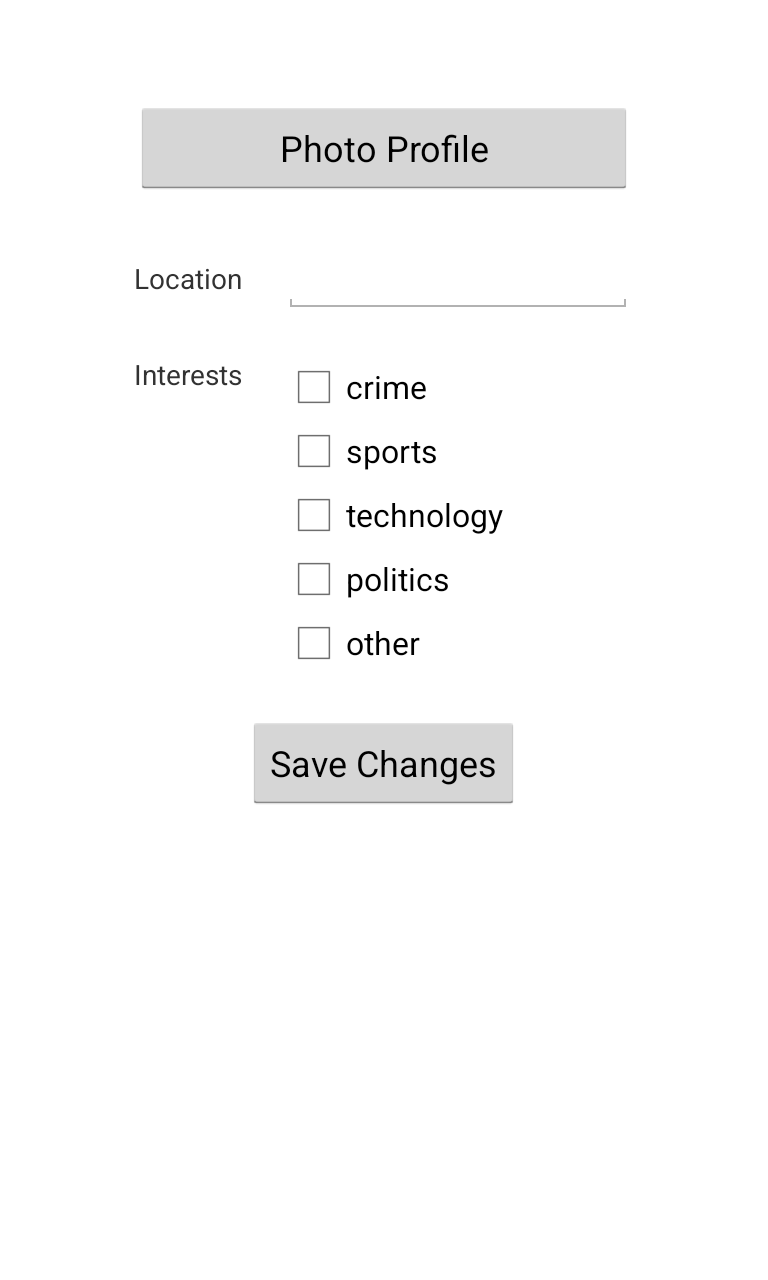
Repository: elvispap/The_Voice_of_People_Android_app
Layout: Voice of People/res/layout/profile_settings.xml
The author's editor kept a copy of each file at every save. The layout is drawn from the files as they stood at one save, then again after the next save.
It is drawn on a 768 x 1280 px phone screen (xhdpi) without system bars, with theme AppTheme; the app's code is not run.

Above is the layout before, as saved 2014-01-07 04:12:52.

### Voice of People/res/layout/profile_settings.xml
<?xml version="1.0" encoding="utf-8"?>
<LinearLayout xmlns:android="http://schemas.android.com/apk/res/android"
    android:layout_width="match_parent"
    android:layout_height="match_parent"
    android:orientation="vertical" >

    <LinearLayout android:layout_width="250dp"
	    android:layout_height="wrap_content"
	    android:orientation="vertical"
	    android:layout_gravity="center_horizontal"
	    android:layout_marginTop="50dp">

        <Button
        android:id="@+id/button1"
        android:layout_width="match_parent"
        android:layout_height="wrap_content"
        android:text="Photo Profile"
        android:layout_gravity="center_horizontal" />

    </LinearLayout>



    <LinearLayout android:layout_width="250dp"
	    android:layout_height="wrap_content"
	    android:orientation="horizontal"
	    android:layout_gravity="center_horizontal"
	    android:layout_marginTop="20dp">

        <TextView
            android:id="@+id/textView1"
            android:layout_width="wrap_content"
            android:layout_height="wrap_content"
            android:text="Location" />
	    <EditText
	        android:id="@+id/location"
	        android:layout_width="match_parent"
	        android:layout_height="wrap_content"
	        android:ems="10"
	        android:layout_marginLeft="20dp"/>



    </LinearLayout>

    <LinearLayout android:layout_width="250dp"
	    android:layout_height="wrap_content"
	    android:orientation="horizontal"
	    android:layout_gravity="center_horizontal"
	    android:layout_marginTop="20dp">
			   <TextView
		            android:id="@+id/textView1"
		            android:layout_width="wrap_content"
		            android:layout_height="wrap_content"
		            android:text="Interests" />

	            <LinearLayout android:id="@+id/interests"
	                android:layout_width="250dp"
				    android:layout_height="wrap_content"
				    android:orientation="vertical"
				    android:layout_gravity="center_horizontal"
				    android:layout_marginLeft="20dp">

	                <CheckBox
	                    android:id="@+id/crime"
	                    android:layout_width="wrap_content"
	                    android:layout_height="wrap_content"
	                    android:text="crime" />
	                <CheckBox
	                    android:id="@+id/sports"
	                    android:layout_width="wrap_content"
	                    android:layout_height="wrap_content"
	                    android:text="sports" />
	                <CheckBox
	                    android:id="@+id/technology"
	                    android:layout_width="wrap_content"
	                    android:layout_height="wrap_content"
	                    android:text="technology" />
	                <CheckBox
	                    android:id="@+id/politics"
	                    android:layout_width="wrap_content"
	                    android:layout_height="wrap_content"
	                    android:text="politics" />
	                <CheckBox
	                    android:id="@+id/other"
	                    android:layout_width="wrap_content"
	                    android:layout_height="wrap_content"
	                    android:text="other" />

			</LinearLayout>
     </LinearLayout>

    <Button
        android:id="@+id/save"
        android:layout_width="wrap_content"
        android:layout_height="wrap_content"
        android:layout_gravity="center_horizontal"
        android:layout_marginTop="20dp"
        android:text="Save Changes" />

</LinearLayout>

Loaded but not shown: Voice of People/res/values/styles.xml (common file); Voice of People/res/values-v11/styles.xml (common file); Voice of People/res/values-v14/styles.xml (common file)

After the next save:
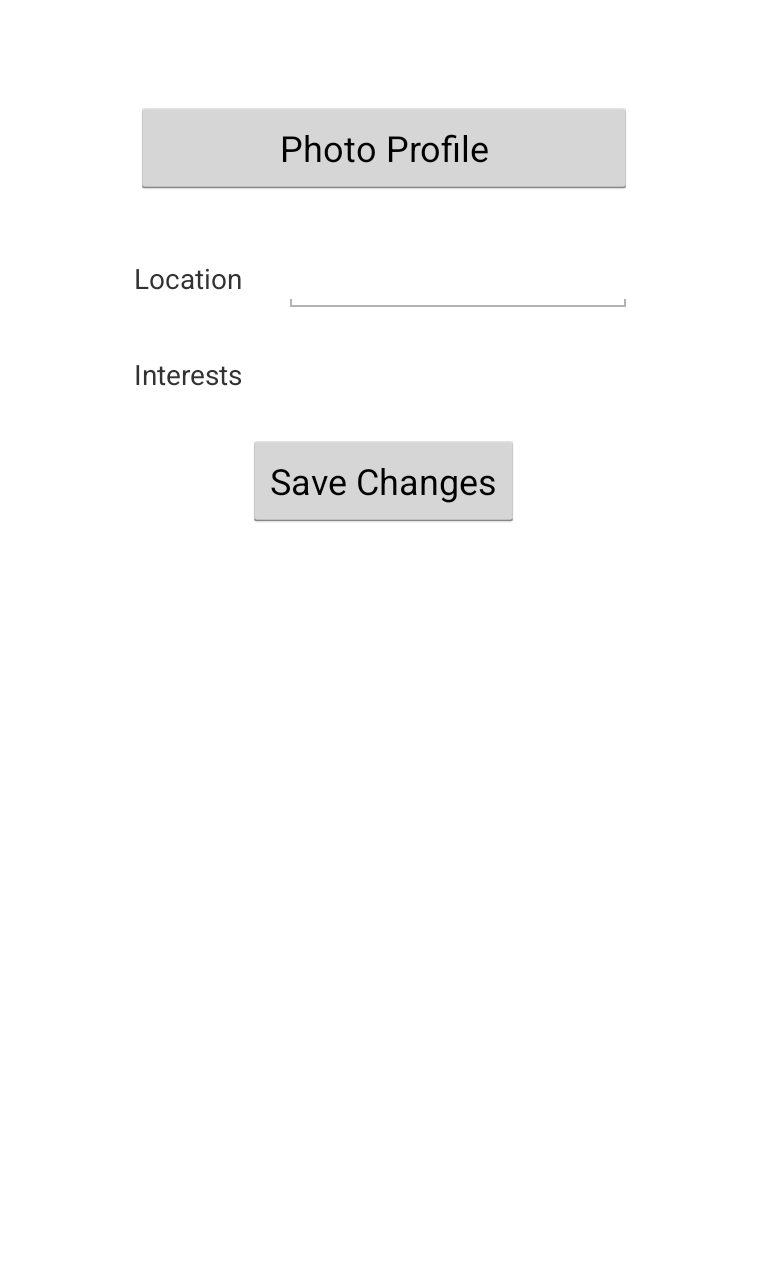
Saved 6 min 18 s later.
--- a/Voice of People/res/layout/profile_settings.xml
+++ b/Voice of People/res/layout/profile_settings.xml
@@ -61,31 +61,7 @@
 				    android:layout_gravity="center_horizontal"
 				    android:layout_marginLeft="20dp">
 
-	                <CheckBox
-	                    android:id="@+id/crime"
-	                    android:layout_width="wrap_content"
-	                    android:layout_height="wrap_content"
-	                    android:text="crime" />
-	                <CheckBox
-	                    android:id="@+id/sports"
-	                    android:layout_width="wrap_content"
-	                    android:layout_height="wrap_content"
-	                    android:text="sports" />
-	                <CheckBox
-	                    android:id="@+id/technology"
-	                    android:layout_width="wrap_content"
-	                    android:layout_height="wrap_content"
-	                    android:text="technology" />
-	                <CheckBox
-	                    android:id="@+id/politics"
-	                    android:layout_width="wrap_content"
-	                    android:layout_height="wrap_content"
-	                    android:text="politics" />
-	                <CheckBox
-	                    android:id="@+id/other"
-	                    android:layout_width="wrap_content"
-	                    android:layout_height="wrap_content"
-	                    android:text="other" />
+
 
 			</LinearLayout>
      </LinearLayout>
